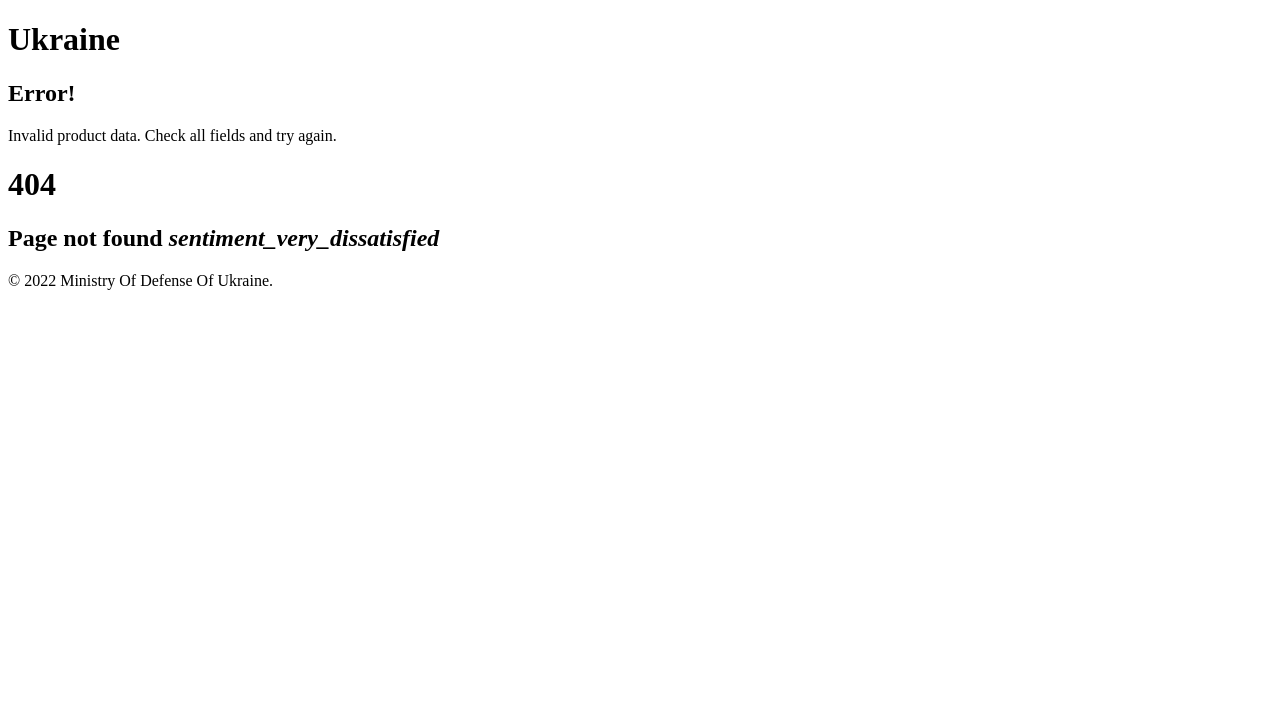
Repository: davidDKIT/ca2-davidmccabe-php
Page: http://localhost/add_record.php
These files come from the project's save history. The page is drawn as it stood at one moment and after the next save; the edit follows.
The browser window is 1280 px wide. The pictures show the whole page.
The page is run by PHP 8.4 with error messages shown; the project is at /var/www/html/. Style sheets and scripts are compiled from the project's sources, by tool versions that may differ from the author's.

Above is the page before, as saved 2022-03-07 12:45:18.

After the next save:
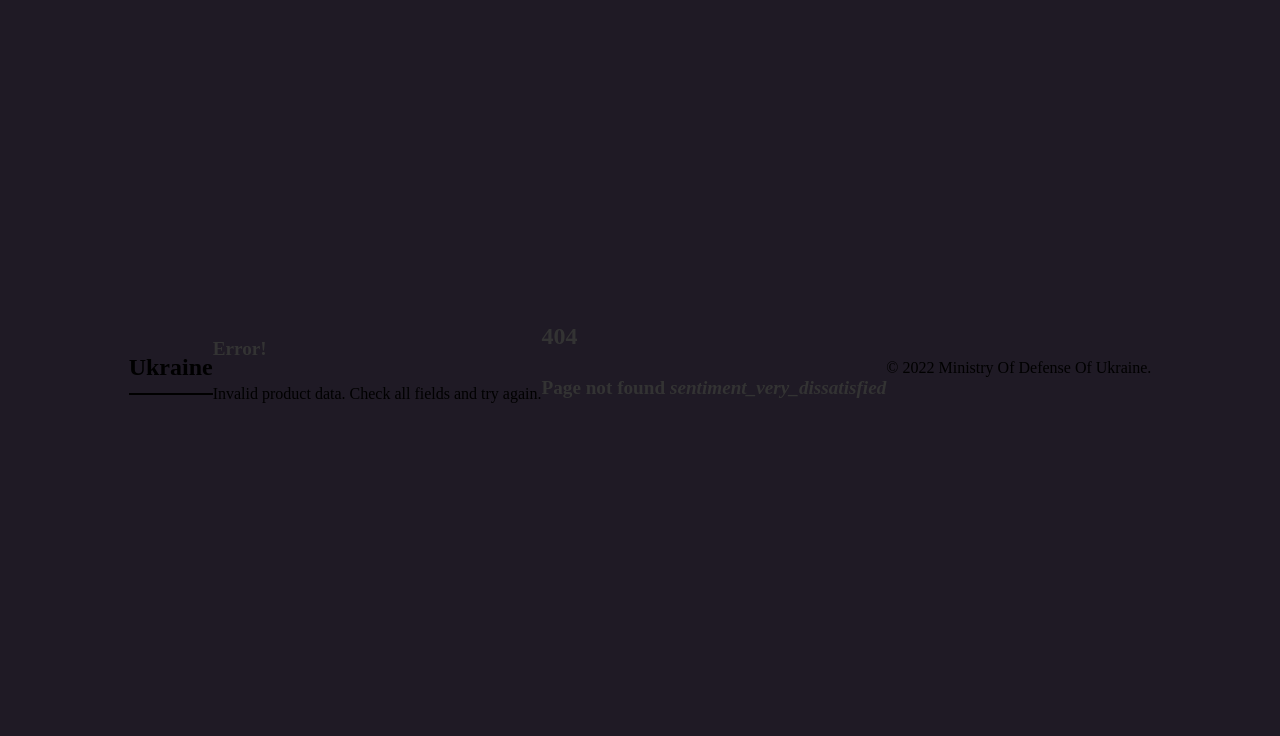
Saved 17 s later.
--- a/error.php
+++ b/error.php
@@ -5,7 +5,7 @@
 
 <head>
     <title>Ministry Of Defense Ukraine</title>
-    <link rel="stylesheet" type="css/scss" href="main.scss">
+    <link rel="stylesheet" type="text/css" href="main.css">
 </head>
 
 <!-- the body section -->
